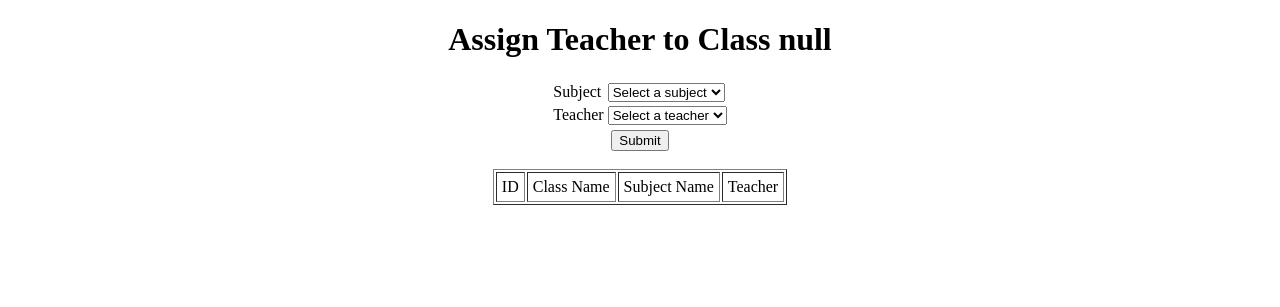
Repository: ashkumar661/Phase-2-Project
Page: http://localhost/crud-example/teacher-subject-form.jsp
These files come from the project's save history. The page is drawn as it stood at one moment and after the next save; the edit follows.
The browser window is 1280 px wide. The pictures show the whole page.
The page is served by Tomcat 9. Other server files are loaded and not shown. Queries for data that is not in the repository find no rows.

Above is the page before, as saved 2022-05-19 02:57:02.

### crud-example/src/main/webapp/teacher-subject-form.jsp
<%@ page language="java" contentType="text/html; charset=ISO-8859-1"
	pageEncoding="ISO-8859-1"%>
<%@ taglib prefix="c" uri="http://java.sun.com/jsp/jstl/core"%>
<%@ taglib prefix="sql" uri="http://java.sun.com/jsp/jstl/sql"%>
<!DOCTYPE HTML PUBLIC "-//W3C//DTD HTML 4.01 Transitional//EN" "http://www.w3.org/TR/html4/loose.dtd">
<html>
<head>
<title>Learner's Academy</title>
</head>
<body>
	<center>
		<h1>Assign Teacher to Class <%=request.getParameter("id") %> </h1>
		<form action="insertTeacherSubject" method="post">
		<input type="hidden" name="className" value=<%= request.getParameter("id")%>>
			<sql:setDataSource var="db" driver="com.mysql.cj.jdbc.Driver"
				url="jdbc:mysql://localhost:3306/demo1" user="root"
				password="123456" />
				<sql:query dataSource="${db}" var="subjectRecord">
	select * from subjects where className='<%=request.getParameter("id") %>';
	</sql:query>
			<sql:query dataSource="${db}" var="teacherRecord">
	select * from teacher;
	</sql:query>

			<table>
				<tr>
					<td>Subject</td>
					<td><select name="selectSubject" id="selectSubject">
							<option disabled value="" selected>Select a subject</option>
							<c:forEach var="row" items="${subjectRecord.rows}">
								<option value='<c:out value="${row.subName}"/>'><c:out
										value="${row.subName}" /></option>
							</c:forEach>
					</select></td>
				</tr>

				<tr>
					<td>Teacher</td>
					<td><select name="selectTeacher" id="selectTeacher">
							<option disabled value="" selected>Select a teacher</option>
							<c:forEach var="row" items="${teacherRecord.rows}">
								<option value='<c:out value="${row.tName}"/>'><c:out
										value="${row.tName}" /></option>
							</c:forEach>
					</select></td>
				</tr>

				<tr>
				</tr>
			</table>
			<input type="submit">
		</form>
		<sql:query dataSource="${db}" var="recordSet">
	select * from sub_teacher;
	</sql:query>
	<br>
		<table border="1" cellpadding="5">
		<tr>
			<td>ID</td>
			<td>Class Name</td>
			<td>Subject Name</td>
			<td>Teacher</td>
		</tr>
			<c:forEach var="row" items="${recordSet.rows}">
				<tr>
					<td>${row.id}</td>
					<td>${row.className}</td>
					<td>${row.subName}</td>
					<td>${row.tName}</td>
				</tr>
			</c:forEach>
		</table>
	</center>
</body>
</html>

After the next save:
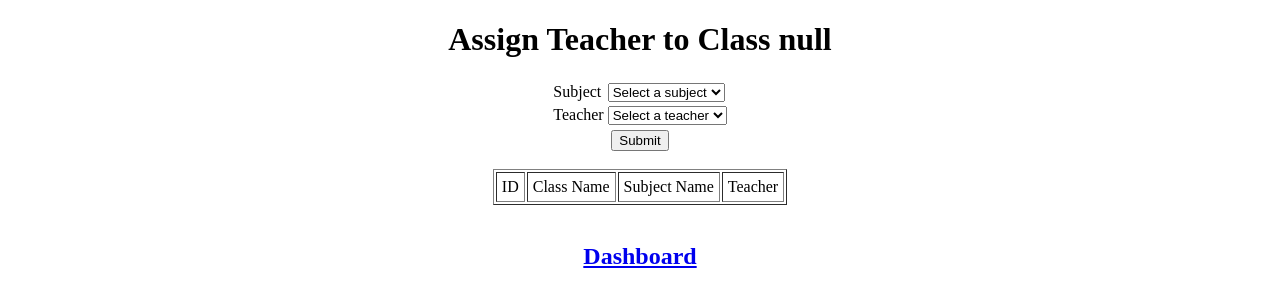
Saved 5 min 7 s later.
--- a/crud-example/src/main/webapp/teacher-subject-form.jsp
+++ b/crud-example/src/main/webapp/teacher-subject-form.jsp
@@ -69,7 +69,8 @@
 					<td>${row.tName}</td>
 				</tr>
 			</c:forEach>
-		</table>
+		</table> <br>
+		<a href="dashboard.jsp"><h2>Dashboard</h2></a>
 	</center>
 </body>
 </html>
